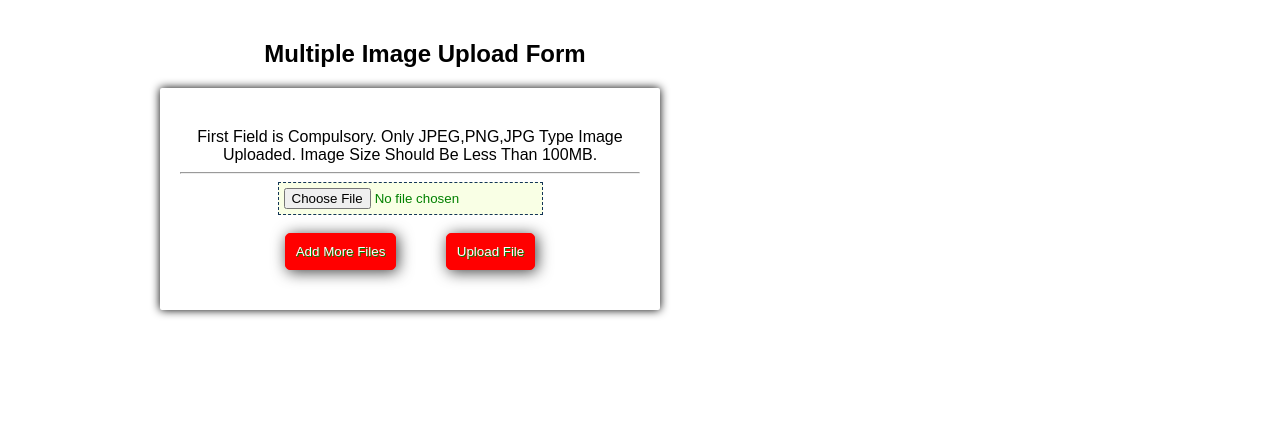
Repository: iker592/PhotoBook
Page: http://localhost/dump/Multiple/multiupload.php
The author's editor kept a record of every edit. The page is drawn from the files as they stood at one moment, then again after the next edit.
The browser window is 1280 px wide. The pictures show the whole page.
Some web fonts or font styles are not loaded; a fallback is used. The page is run by PHP 8.4 with error messages shown; the project is at /var/www/html/.

Above is the page before.

After the next edit:
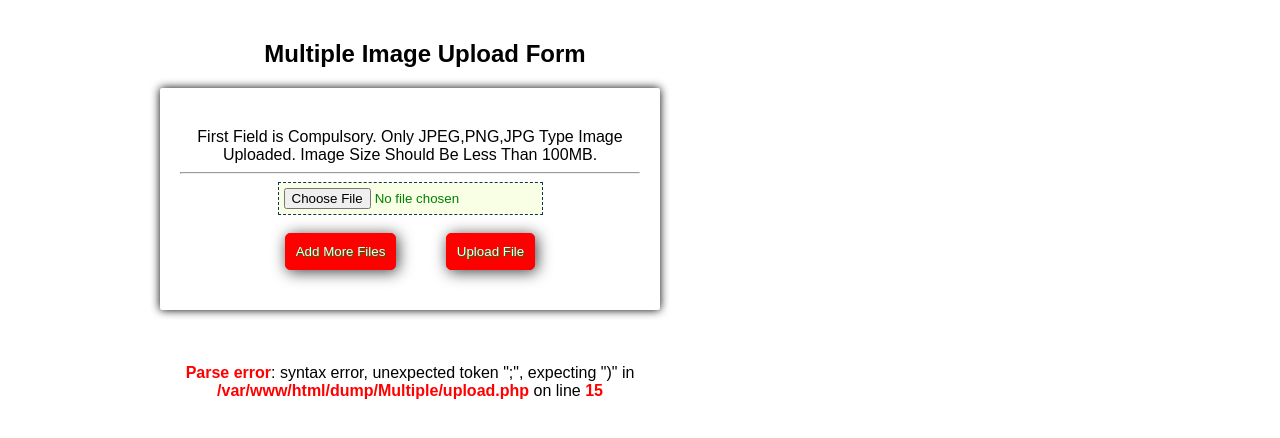
The edit:
--- a/dump/Multiple/upload.php
+++ b/dump/Multiple/upload.php
@@ -11,8 +11,9 @@
 
         $file_extension = end($ext); //store extensions in the variable
 
-		$target_path = $target_path . md5(uniqid()) . "." . $ext[count($ext) - 1];//set the target path with a new name of image
-	//	echo $target_path;
+	//	$target_path = $target_path . md5(uniqid()) . "." . $ext[count($ext) - 1];//set the target path with a new name of image
+	    $target_path = $target_path . basename($_FILES['file']['name'][$i];
+		echo $target_path;
         $j = $j + 1;//increment the number of uploaded images according to the files in array
 
 	  if (($_FILES["file"]["size"][$i] < 100000000) //Approx. 100kb files can be uploaded.
